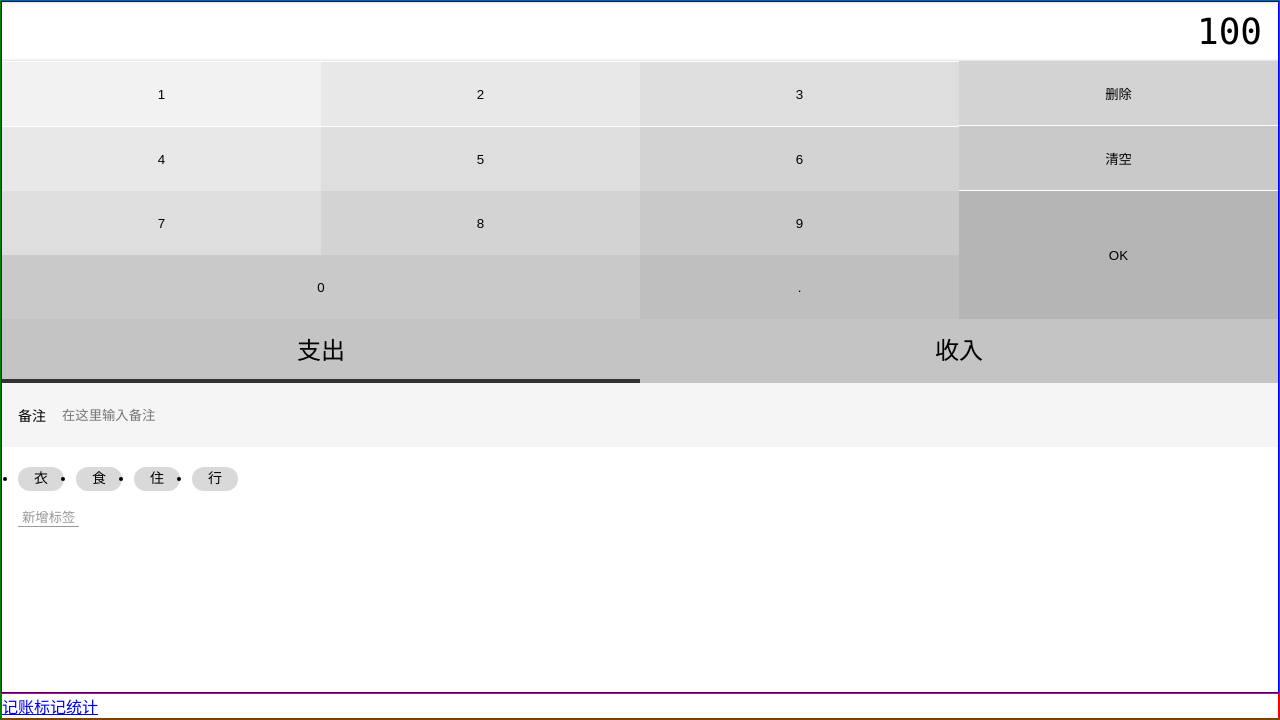
Repository: jiujiu407/bookkeeping
Page: /
The author's editor kept a copy of each file at every save. The page is drawn from the files as they stood at one save, then again after a run of saves.
The browser window is 1280 px wide. The pictures show the whole page.
The project was rebuilt for these pictures with package versions that can differ from the ones it lists, and the page was loaded fresh each time. Also part of the build but not shown: vue.config.js, src/views/Labels.vue, src/views/Statistics.vue, src/views/NotFound.vue.

Above is the page before, as saved 2021-10-15 14:51:02.

### src/main.ts
import Vue from 'vue'
import App from './App.vue'
import './registerServiceWorker'
import router from './router'
import store from './store'
import Nav from '@/components/Nav.vue';
import Layout from '@/components/Layout.vue';

Vue.config.productionTip = false
Vue.component('Nav',Nav)
Vue.component('Layout',Layout)
new Vue({
  router,
  store,
  render: h => h(App)
}).$mount('#app')

### src/App.vue
import router from '../.history/src/router/index_20211014144307';
<template>
<div>
  <router-view/>
</div>
</template>

<style lang="scss">
*{
  margin: 0;
  padding: 0;
  box-sizing: border-box;
}
#app {
  font-family: Avenir, Helvetica, Arial, sans-serif;
  -webkit-font-smoothing: antialiased;
  -moz-osx-font-smoothing: grayscale;
  text-align: center;
  color: #2c3e50;
}

#nav {
  padding: 30px;

  a {
    font-weight: bold;
    color: #2c3e50;

    &.router-link-exact-active {
      color: #42b983;
    }
  }
}
</style>

### src/router/index.ts
import Vue from 'vue'
import VueRouter, { RouteConfig } from 'vue-router'
import Money from '@/views/Money.vue'
import Labels from '@/views/Labels.vue'
import Statistics from '@/views/Statistics.vue'
import NotFound from '@/views/NotFound.vue'
Vue.use(VueRouter)

const routes: Array<RouteConfig> = [
  {
    // 根路径，重定向到money页面
    path:'/',
    redirect:'/money'
  },
 {
   path:'/money',
   component:Money
 },
 {
   path:'/labels',
   component:Labels
 },
 {
  path:'/statistics',
  component:Statistics
},
{
  // '*'指除了上面四个页面外的其他所有页面
  path:'*',
  component:NotFound
}
]

const router = new VueRouter({
  routes
})

export default router

### src/components/Nav.vue
<template>
    <div class="nav">
    <router-link to="/money">记账</router-link>
    <router-link to="/labels">标记</router-link>
    <router-link to="/statistics">统计</router-link>
  </div>
</template>

<script>
    export default {

    }
</script>
// scoped:样式只在当前组件范围生效
<style lang="scss" scoped>
.nav{
    border:1px solid red;
}

</style>

### src/components/Layout.vue
<template>
    <div class="nav-wrapper">
        <div class="content">
           <slot></slot>
        </div>
     <Nav />
    </div>
</template>

<script>
    export default {

    }
</script>

<style lang="scss" scoped>
.nav-wrapper{
    border:1px solid green;
    display:flex;
    flex-direction: column;
    height: 100vh;
}
.content{
    // 1的意思是尽量把所有的高度都给content,其他部分占剩下的
    flex-grow: 1;
    overflow: auto;
    border: 1px solid blue;
}
</style>

### src/views/Money.vue
import Money from '@/views/Money.vue';
import Layout from '@/components/Layout.vue';
<template>
    <div>
        <Layout class-prefix="layout">
          <div class="numberPad">
            <div class="output">100</div>
            <div class="buttons">
              <button>1</button>
              <button>2</button>
              <button>3</button>
              <button>删除</button>
              <button>4</button>
              <button>5</button>
              <button>6</button>
              <button>清空</button>
              <button>7</button>
              <button>8</button>
              <button>9</button>
              <button class="ok">OK</button>
              <button class="zero">0</button>
              <button>.</button>
            </div>
          </div>
          <div>
            <ul class="types">
              <li class="selected">支出</li>
              <li>收入</li>
            </ul>
          </div>
          <div>
            <label class="notes">
              <span class="name">备注</span>
              <input type="text" placeholder="在这里输入备注">
            </label>
          </div>
          <div class="tags">
            <div class="new">
              <button>新增标签</button>
            </div>
            <ul class="current">
              <li>衣</li>
              <li>食</li>
              <li>住</li>
              <li>行</li>
            </ul>
          </div>
        </Layout>
    </div>
</template>

<script>
    export default {
        name: "Money",
    }
</script>
<style lang="scss">
.layout-content{
  display: flex;
  flex-direction: column-reverse;
}
</style>
<style lang="scss" scoped>
@import "src/assets/style/helper";
.numberPad{
  .output{
    @extend %clearFix;
    @extend %innerShadow;
    font-size: 36px;
    font-family: Consolas, monospace;
    padding: 9px 16px;
    text-align: right;
  }
  .buttons{
    @extend %clearFix;
    > button{
      width: 25%;
      height: 64px;
      background: transparent;
      border: none;
      &.ok{
        height: 64*2px;
        float: right;
      }
      &.zero {
        width: 25% * 2;
      }
      $bg: #f2f2f2;
      &:nth-child(1){
        background: $bg;
      }
      &:nth-child(2),&:nth-child(5){
        background: darken($bg,4%);
      }
      &:nth-child(3),&:nth-child(6),&:nth-child(9){
        background: darken($bg,4*2%);
      }
      &:nth-child(4),&:nth-child(7),&:nth-child(10){
        background: darken($bg,4*3%);
      }
      &:nth-child(8),&:nth-child(11),&:nth-child(13){
        background: darken($bg,4*4%);
      }
      &:nth-child(14){
        background: darken($bg,4*5%);
      }
      &:nth-child(12){
        background: darken($bg,4*6%);
      }

    }
  }
}
.types{
  background: #c4c4c4;
  display: flex;
  text-align: center;
  font-size: 24px;
  > li {
    width: 50%;
    line-height: 64px;
    display: flex;
    justify-content: center;
    align-items: center;
    position: relative;
    &.selected::after {
      content: '';
      position: absolute;
      bottom: 0;
      left: 0;
      width: 100%;
      height: 4px;
      background: #333;
    }
  }
}
.notes{
  font-size: 14px;
  background: #f5f5f5;
  display: flex;
  padding-left: 16px;
  align-items: center;
  .name{
      padding-right: 16px;
  }
  input{
     height: 64px;
    flex-grow: 1;
    background: transparent;
    border: none;
    padding-right: 16px;
  }
}
.tags {
  font-size: 14px;
  padding: 16px;
  flex-grow: 1;
  display: flex;
  flex-direction: column-reverse;
  > .current {
    display: flex;
    flex-wrap: wrap;
    > li{
      background: #d9d9d9;
      $h:24px;
      height: $h;
      border-radius: $h/2;
      padding: 0 16px;
      margin-right: 12px;
      line-height: $h;
      margin-top: 4px;
    }
  }
  > .new{
    padding-top: 16px;
    button{
      background: transparent;
      border: none;
      color: #999;
      border-bottom: 1px solid;
      padding: 0 4px;
    }
  }
}
</style>

### src/assets/style/helper.scss
$font-hei: -apple-system, "Helvetica Neue", Helvetica, "Nimbus Sans L", Arial, "Liberation Sans", "PingFang SC", "Hiragino Sans GB", "Source Han Sans CN", "Source Han Sans SC", "Microsoft YaHei", "Wenquanyi Micro Hei", "WenQuanYi Zen Hei", "ST Heiti", SimHei, "WenQuanYi Zen Hei Sharp", sans-serif;
$font-kai:Baskerville, Georgia, "Liberation Serif", "Kaiti SC", STKaiti, "AR PL UKai CN", "AR PL UKai HK", "AR PL UKai TW", "AR PL UKai TW MBE", "AR PL KaitiM GB", KaiTi, KaiTi_GB2312, DFKai-SB, "TW\-Kai", serif;
$font-song: Georgia, "Nimbus Roman No9 L", "Songti SC", STSong, "AR PL New Sung", "AR PL SungtiL GB", NSimSun, SimSun, "TW\-Sung", "WenQuanYi Bitmap Song", "AR PL UMing CN", "AR PL UMing HK", "AR PL UMing TW", "AR PL UMing TW MBE", PMingLiU, MingLiU, serif;
$color-hughlight: #f00;

%clearFix{
  &::after{
    content: '';
    clear: both;
    display: block;
  }
}
$color-shadow: rgba(0,0,0,0.25);
%outerShadow{
  box-shadow: 0 0 3px $color-shadow;
}
%innerShadow{
  box-shadow: inset 0 -3px 3px -3px $color-shadow,
  inset 0 3px 3px -3px $color-shadow;
}

Loaded but not shown: public/index.html (common file); src/registerServiceWorker.ts (common file); src/store/index.ts (common file)

After the next 3 saves:
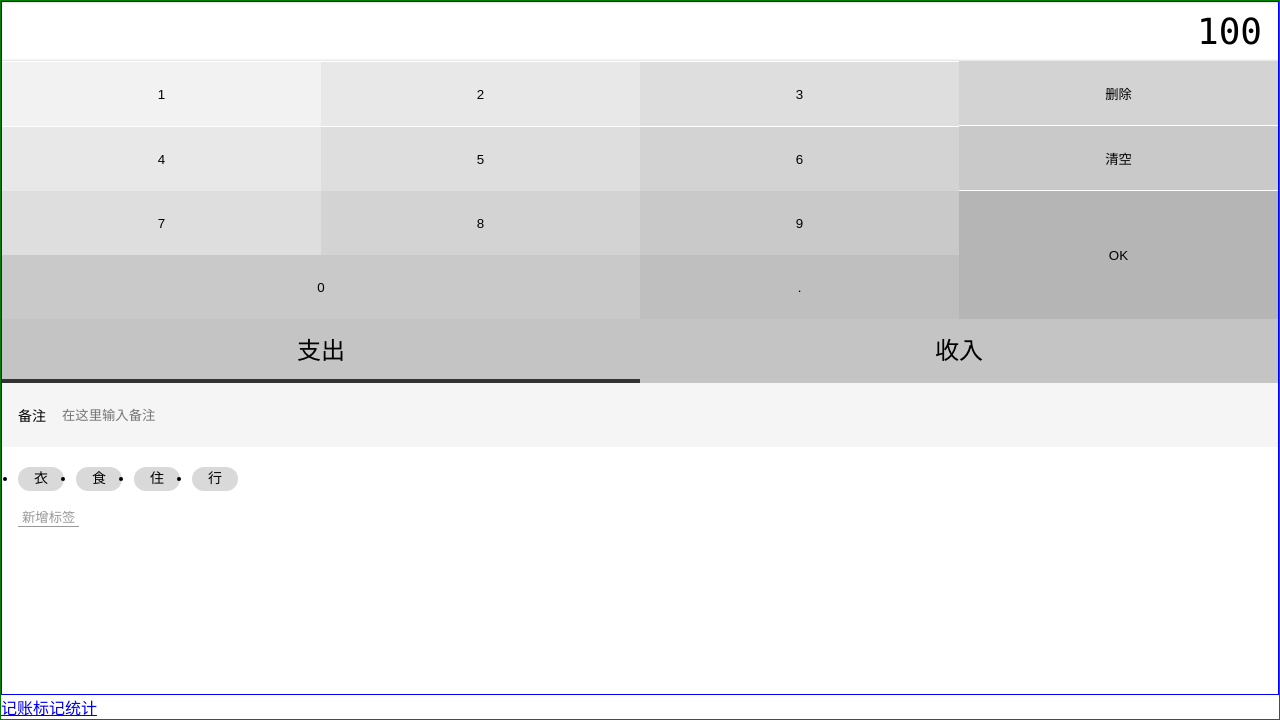
The 3 saves are shown as one change because they came seconds apart.
The last was saved 12 min 53 s later.
--- a/src/components/Nav.vue
+++ b/src/components/Nav.vue
@@ -13,6 +13,7 @@
 </script>
 // scoped:样式只在当前组件范围生效
 <style lang="scss" scoped>
+import
 .nav{
     border:1px solid red;
 }
